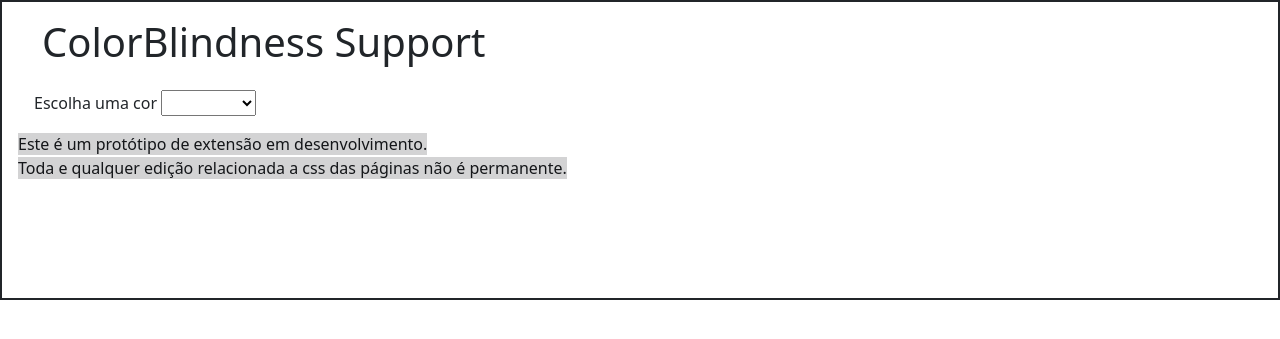
Repository: pedrosiqueira/daltonchrome
Page: popup.html
The author's editor kept a copy of each file at every save. The page is drawn from the files as they stood at one save, then again after the next save.
The browser window is 1280 px wide. The pictures show the whole page.

Above is the page before, as saved 2022-06-17 13:12:26.

After the next save:
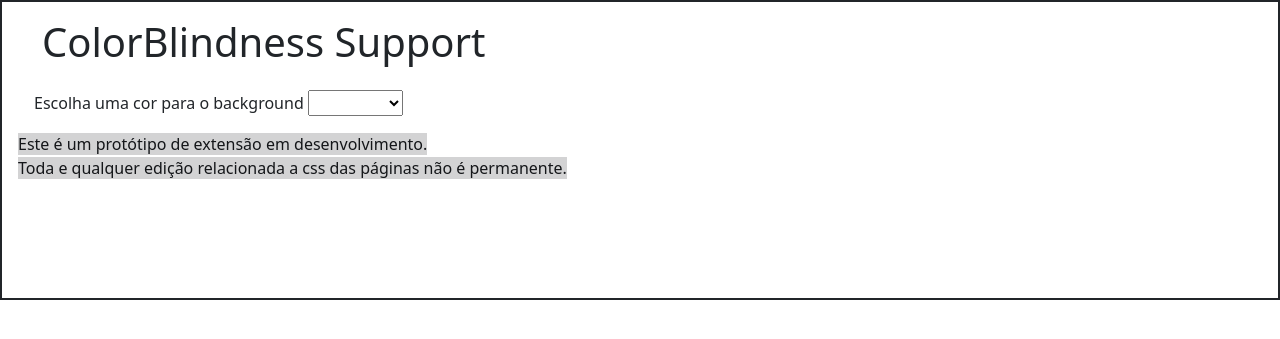
Saved 22 s later.
--- a/popup.html
+++ b/popup.html
@@ -22,7 +22,7 @@
     </div>
 
     <div class="p-3">
-        <label for="cores">Escolha uma cor</label>
+        <label for="cores">Escolha uma cor para o background</label>
 
         <select name="cores" id="cores">
             <option value="#"> </option>
